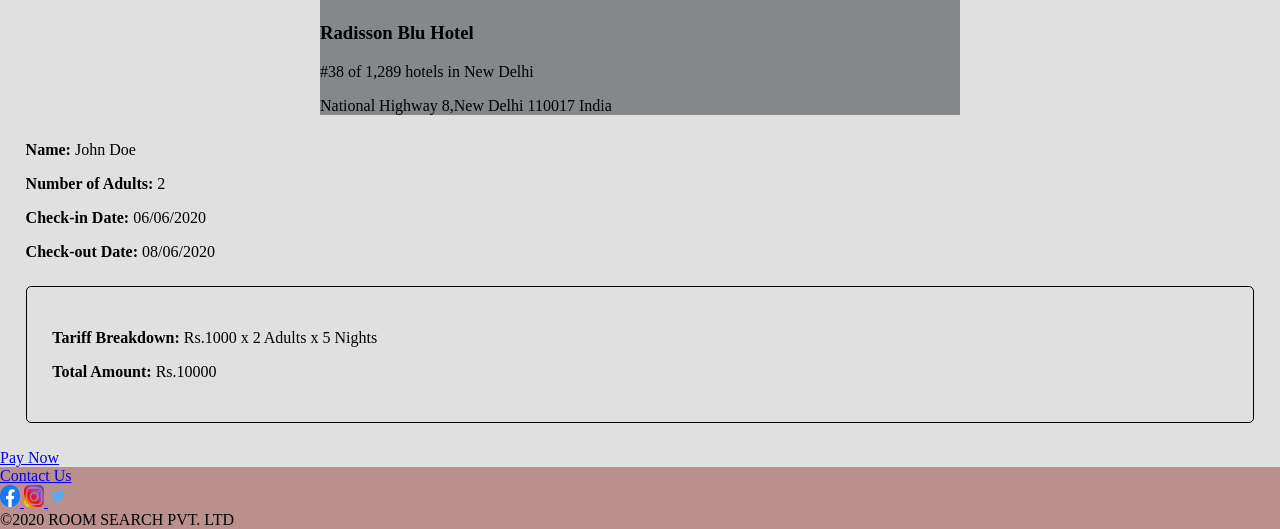
Repository: Aditya-work/Hotel-Booking-Website
Page: payment.html
The author's editor kept a copy of each file at every save. The page is drawn from the files as they stood at one save, then again after a run of saves.
The browser window is 1280 px wide. The pictures show the part of the page from y = 590 to 1119 px (the page is 1119 px tall before and 1093 px after).

Above is the page before, as saved 2020-07-14 14:45:53.

After the next 3 saves:
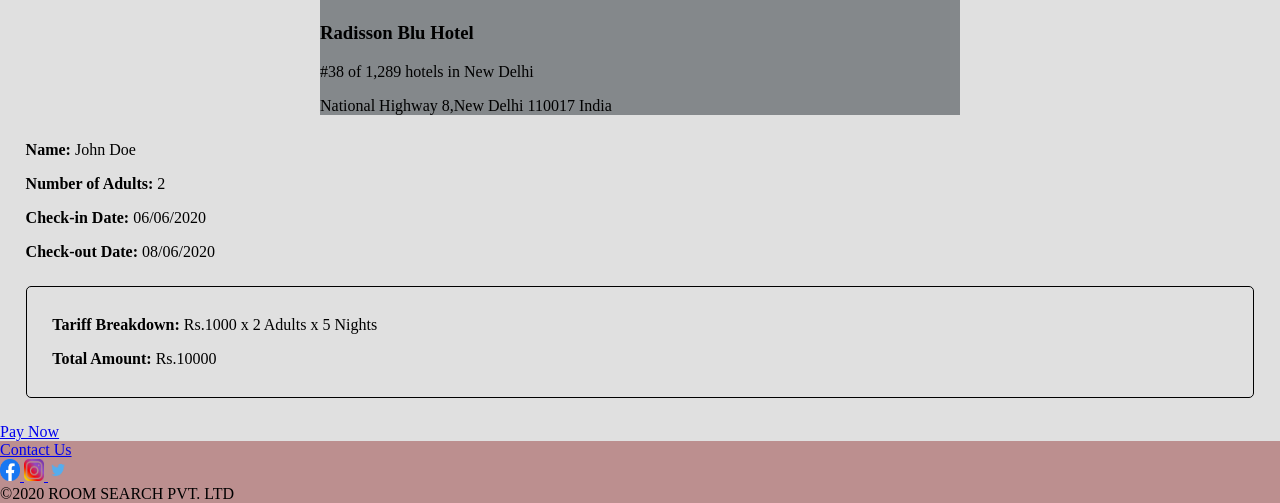
The 3 saves are shown as one change because they came seconds apart.
The last was saved 14 s later.
--- a/styles/payment.css
+++ b/styles/payment.css
@@ -17,7 +17,7 @@
 
 .payment-details{
     margin: 2%;
-    padding: 2%;
+    padding: 1% 2%;
     border: 1px solid black;
     border-radius: 5px;
 }
